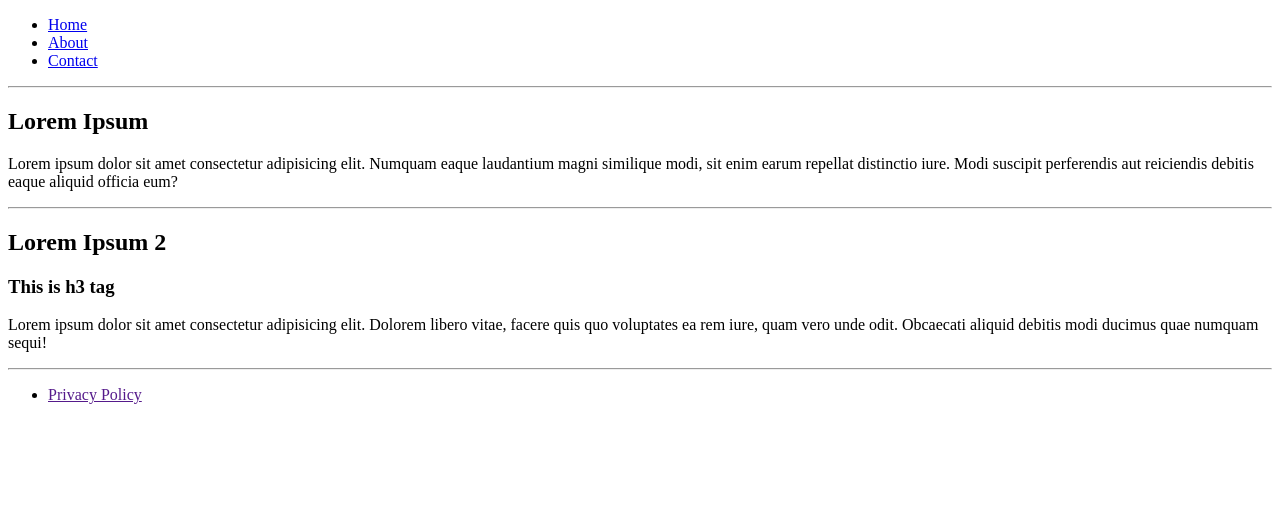
Repository: fisikusari/test-repo
Page: index.html
These files come from the project's save history. The page is drawn as it stood at one moment and after the next save; the edit follows.
The browser window is 1280 px wide. The pictures show the whole page.

Above is the page before, as saved 2021-11-11 18:00:19.

After the next save:
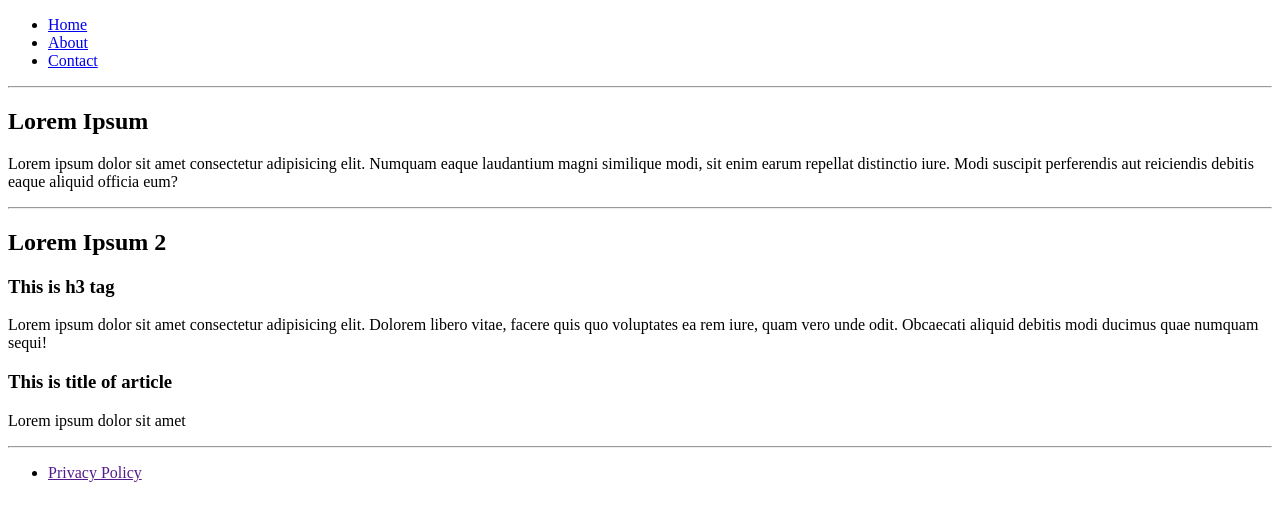
Saved 110 s later.
--- a/index.html
+++ b/index.html
@@ -30,6 +30,12 @@
     <p>Lorem ipsum dolor sit amet consectetur adipisicing elit. Dolorem libero vitae, facere quis quo voluptates ea rem iure, quam vero unde odit. Obcaecati aliquid debitis modi
       ducimus quae numquam sequi!</p>
   </section>
+  <section>
+    <article>
+      <h1>This is title of article</h1>
+      <p>Lorem ipsum dolor sit amet</p>
+    </article>
+  </section>
   <hr>
   <footer>
     <nav>
